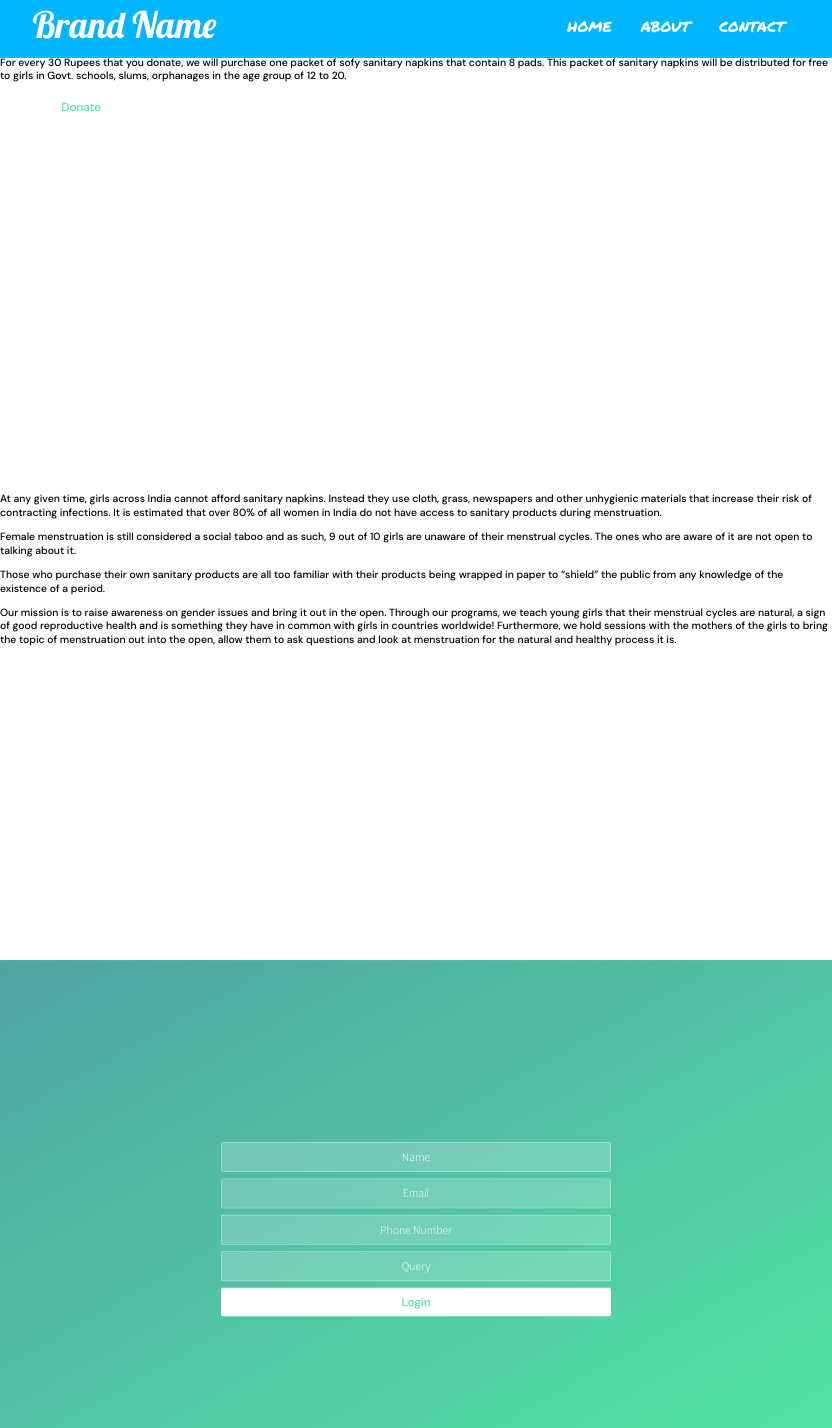
Repository: Jrap-bit/PeriodofSharing
Page: index.html
An editor plug-in stored every save of this project. The page is shown before and after the next save, followed by the edit.
The browser window is 1280 px wide. The pictures show the whole page, at 65% of full size.

Above is the page before, as saved 2022-01-15 13:09:37.

After the next save:
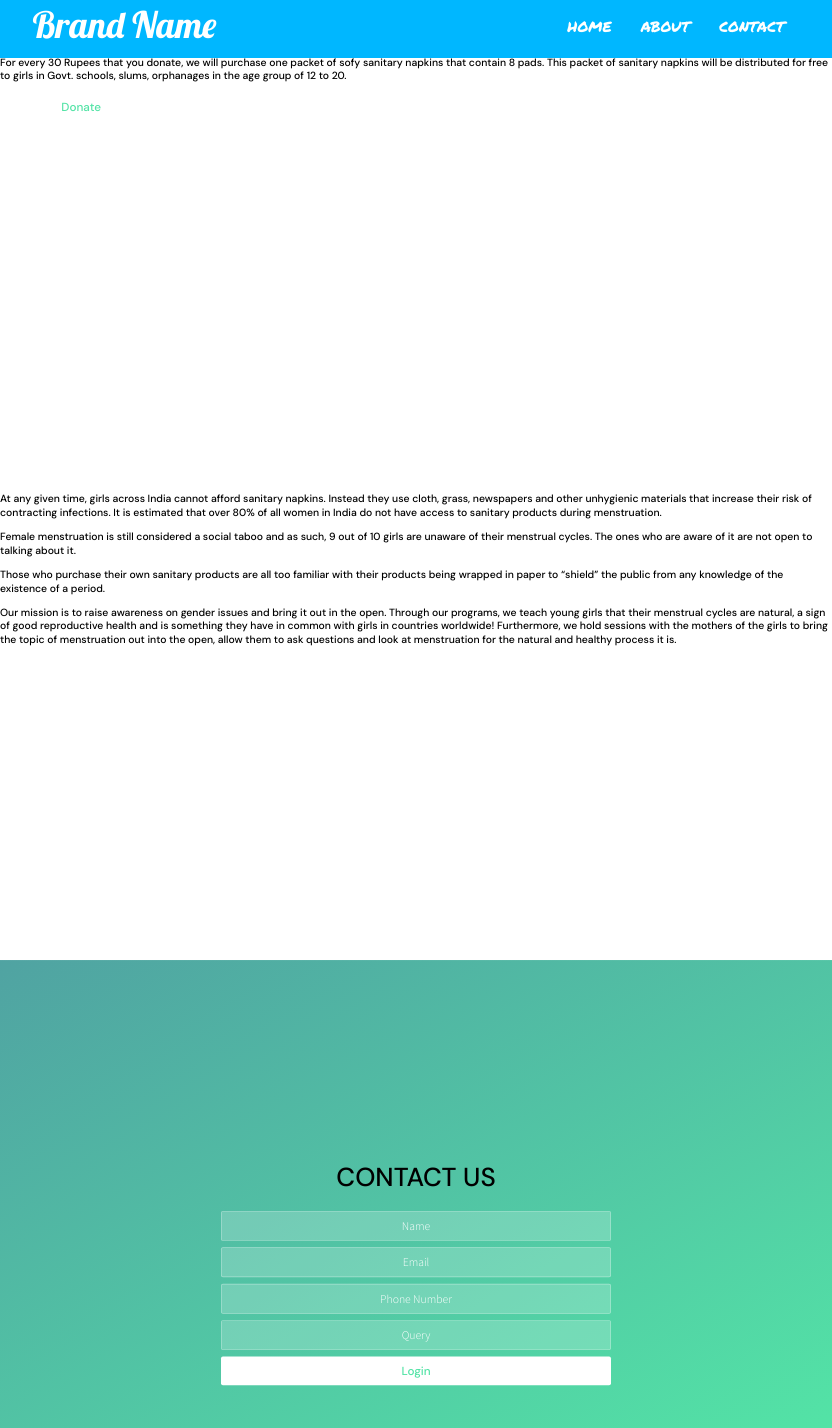
Saved 27 s later.
--- a/index.html
+++ b/index.html
@@ -67,6 +67,7 @@
       <div class="wrapper">
         <div class="container">
           <form class="form">
+            <h1>CONTACT US</h1>
             <input type="text" placeholder="Name" />
             <input type="text" placeholder="Email" />
             <input type="text" placeholder="Phone Number" />
